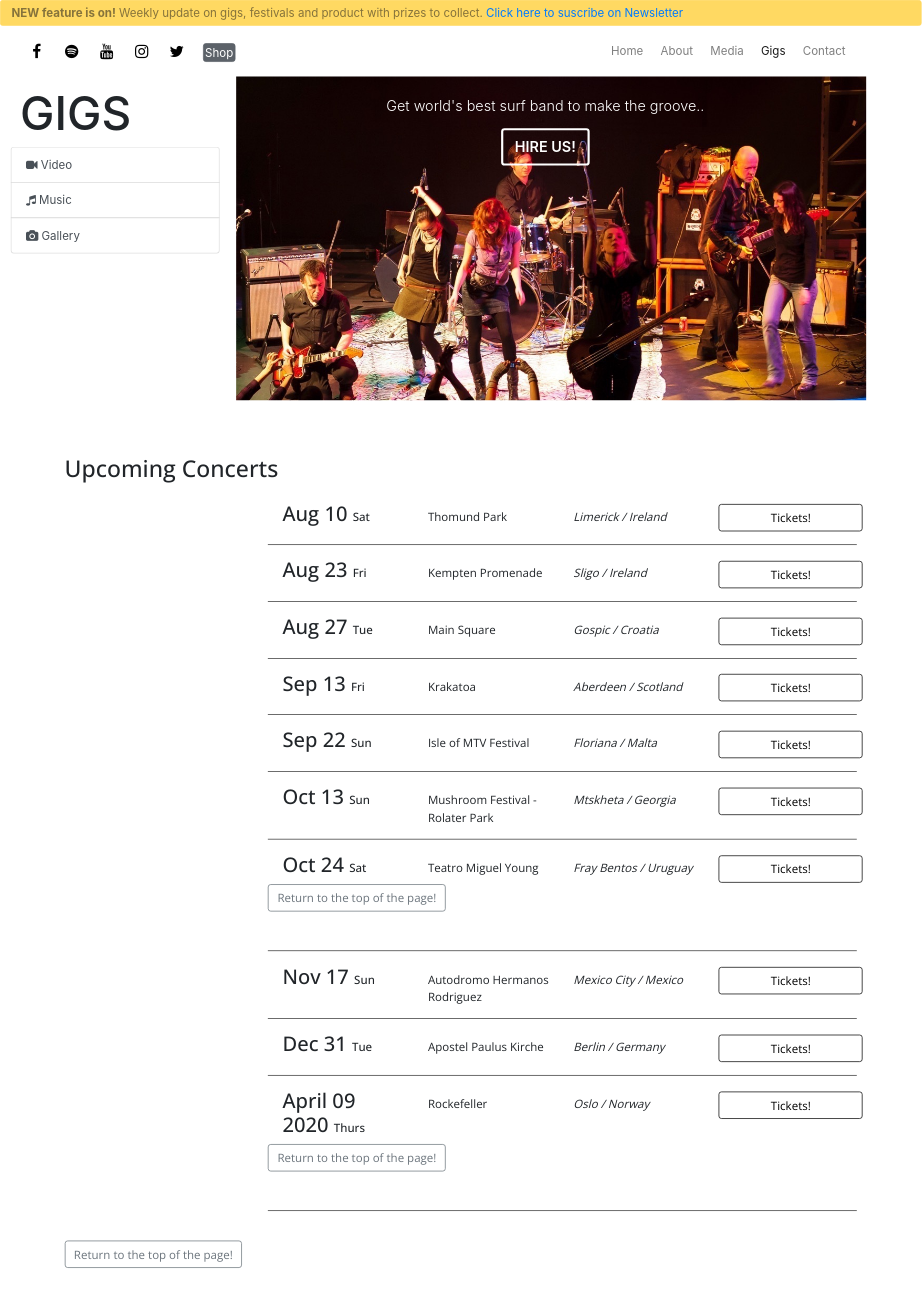
Repository: NamcorStudent/Stream_1_Project_HTML5-CSS3
Page: gigs.html
The author's editor kept a record of every edit. The page is drawn from the files as they stood at one moment, then again after the next edit.
The browser window is 1280 px wide. The pictures show the whole page, at 72% of full size.
Some web libraries are served in a nearby version.

Above is the page before.

After the next edit:
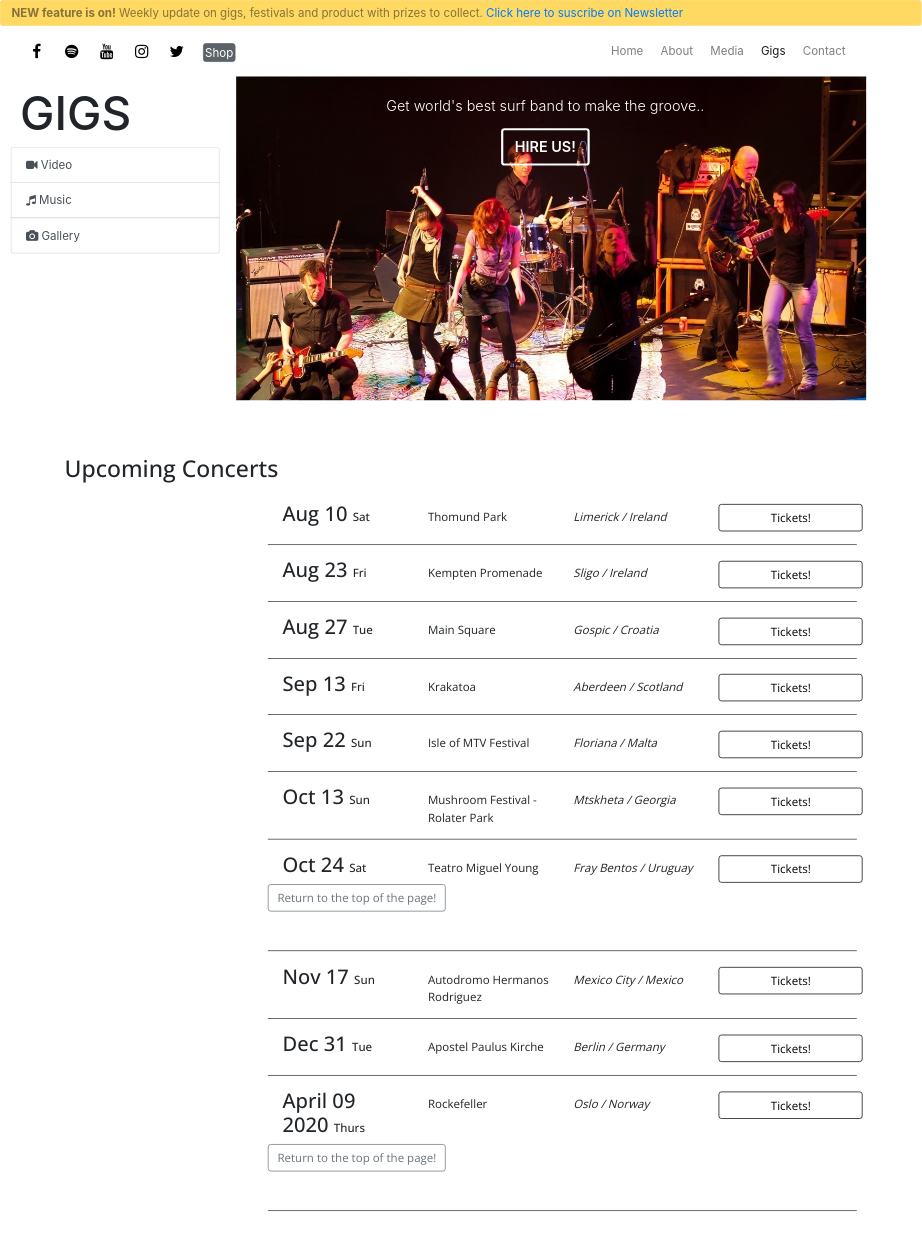
The edit:
--- a/gigs.html
+++ b/gigs.html
@@ -219,7 +219,6 @@
                             </div>
                         </div>
 
-                        <a href="gigs.html"><button type="button" class="btn btn-outline-secondary">Return to the top of the page!</button></a>
                     </div>
                 </div>
             </div>
